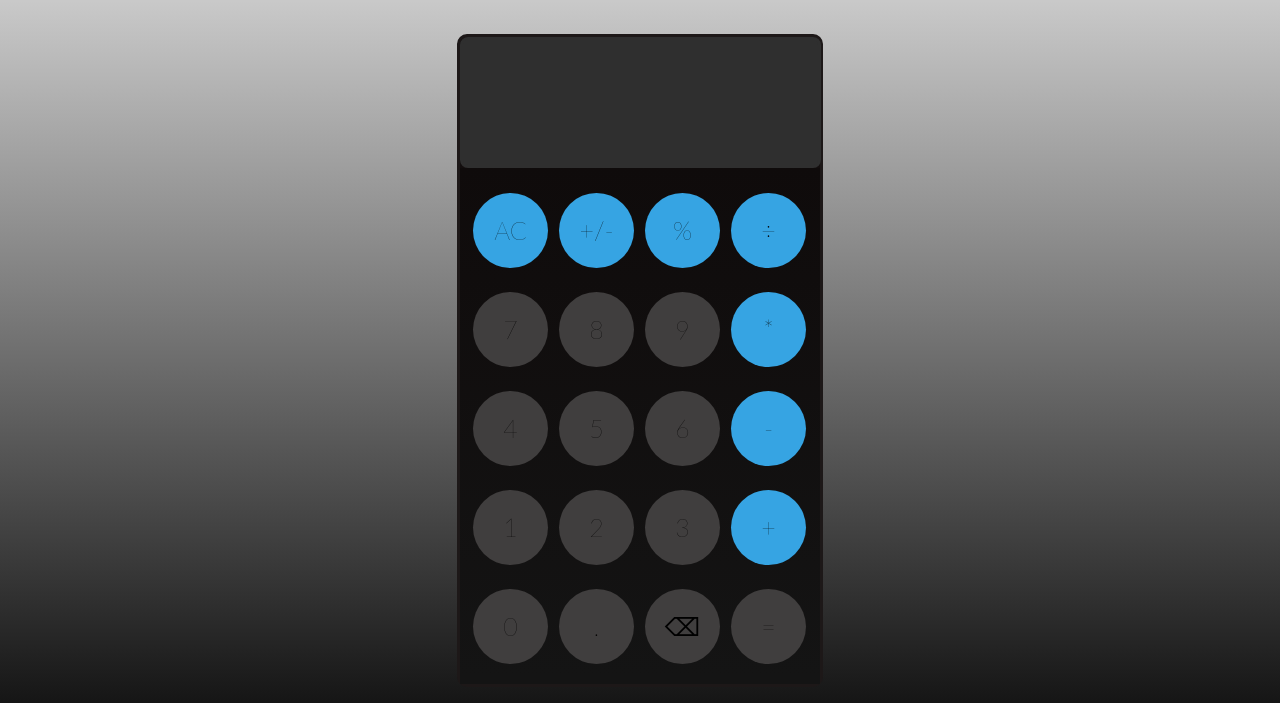
Repository: MhlengiNgubane/BrainnestJsTwo
Page: index.html
An editor plug-in stored every save of this project. The page is shown before and after a run of saves, followed by the edit.
The browser window is 1280 px wide. The pictures show the whole page.

Above is the page before, as saved 2022-09-12 09:56:17.

### index.html
<!DOCTYPE html>
<html lang="en">
<head>
    <meta charset="UTF-8">
    <meta http-equiv="X-UA-Compatible" content="IE=edge">
    <meta name="viewport" content="width=device-width, initial-scale=1.0">
    <title>CALCULATOR</title>

    <link rel="stylesheet" href="style.css">
</head>
    <body>
            <div class="container">
                <input type="text" class="input" value="" disabled />
                <div class="buttons">
                    <button value="AC" class="ac clear">AC</button>
                    <button value="+/-" class="oper plusMinus">+/-</button>
                    <button value="%" class="oper percent">%</button>
                    <button value="/" class="oper operator">&divide</button>

                    <button value="7" class="number">7</button>
                    <button value="8" class="number">8</button>
                    <button value="9" class="number">9</button>
                    <button value="*" class="oper operator">*</button>

                    <button value="4" class="number">4</button>
                    <button value="5" class="number">5</button>
                    <button value="6" class="number">6</button>
                    <button value="-" class="oper operator">-</button>

                    <button value="1" class="number">1</button>
                    <button value="2" class="number">2</button>
                    <button value="3" class="number">3</button>
                    <button value="+" class="oper operator">+</button>

                    <button value="0" class="zero number">0</button>
                    <button value="." class="decimal">.</button>
                    <button value="DEL" class="delete">⌫</button>
                    <button value="=" class="equal operator">=</button>
                </div>
            </div>

        <script src="App.js"></script>
    </body>
</html>

### style.css
* {
    border: 0;
    margin: 0;
    padding: 0;
    font-family: 'lato';
    font-weight: 100;
}

body{
    font-family: 'Roboto';
    font-weight: 400;
    background: linear-gradient(360deg, #141414 1.56%, rgba(0, 0, 0, 0.21) 100%);
    width: 100%;
    height: 100vh;
    display: flex;
    flex-direction: column;
    align-items: center;
    justify-content: center;
}



.container{
    align-items: center;
    margin: auto;
    margin-top: 60px;
    width: 360px;
    border: 20px;
    border: 3px solid #1d1818;
    background-color: #130e0e;
    border-radius: 10px;
    margin-bottom: 60px;
}

.input{
    position: relative;
    width: 355px;
    height: 125px;
    border: 3px solid #2f2f2f;
    text-align: right;
    border-radius: 8px;
    background-color: #2f2f2f;
    color: #fff;
    font-size: 60px;
}

.buttons{
    display: grid;
    grid-template-columns: repeat(4, 1fr);
    row-gap: 10px;
    column-gap: 10px;
    background: linear-gradient(360deg, #141414 1.56%, rgba(0, 0, 0, 0.21) 100%);
    padding: 18px 13px 13px 13px;
}

button{
    border: 1;
    outline: none;
    height: 75px;
    width: 75px;
    border-radius: 70px;
    text-align: center;
    margin-top: 7px;
    margin-bottom: 7px;
    font-size: 25px;
    background-color: #403e3e;
}

.oper {
    background-color: #36a4e3;
}

.ac {
    background-color: #36a4e3;
}

### App.js
function add(firstNumber, secondNumber){
  return firstNumber + secondNumber;
}
function subtract(firstNumber, secondNumber){
  return firstNumber - secondNumber;
}
function multiply(firstNumber, secondNumber){
  return firstNumber * secondNumber;
}
function divide(firstNumber, secondNumber){
  return firstNumber / secondNumber;
}
function operate(operator, firstNumber, secondNumber){
  if(operator === '+'){
      return add(firstNumber, secondNumber);
  }
  else if(operator === '-'){
      return subtract(firstNumber, secondNumber);
  }
  else if(operator === '*'){
      return multiply(firstNumber, secondNumber);
  }
  else if(operator === '/'){
      return divide(firstNumber, secondNumber);
  }
  return secondNumber;
}

const display = document.querySelector('.input');

const calculator = {
  displayValue: '0',
  firstNumber: null,
  operator: null,
  secondNumber: false,
};

function clear() {
  calculator.displayValue = '0';
  calculator.firstNumber = null;
  calculator.operator = null;
  calculator.secondNumber = false;
}

function updateDisplay() {
  display.value = calculator.displayValue;
}

const buttons = document.querySelector('.buttons');
buttons.addEventListener('click', (e) => {
const target = e.target;

  if (!target.matches('button')) {
      return;
  }

  if (target.classList.contains('clear')) {
      clear();
      updateDisplay();
      return;
  }

  if (target.classList.contains('delete')) {
      undo();
      return;
  }

  if (target.classList.contains('plusMinus')) {
      plusMinus();
      return;
  }

  if (target.classList.contains('percent')) {
      percentage();
      return;
  }

  if (target.classList.contains('decimal')) {
      decimal(target.value);
      updateDisplay();
      return;
  }

  if (target.classList.contains('operator')) {
      calculate(target.value);
      updateDisplay();
      return;
  }

      displayNumber(target.value);
      updateDisplay();
});

function undo(){
  display.value = display.value.slice(0, -1);
  calculator.displayValue = display.value;
}

function plusMinus(){
  let displayPlusMinus = calculator.displayValue;
  if(displayPlusMinus >= 0){
      display.value = '-' + displayPlusMinus;
  }
  calculator.displayValue = display.value;
}

function percentage(){
  let displayPercent = calculator.displayValue;
  if(displayPercent != 0){
      display.value = displayPercent / 100;
  }
 calculator.displayValue = display.value;
}

function decimal(dot) {
  if (calculator.secondNumber === true) {
      calculator.displayValue = '0.'
      calculator.secondNumber = false;
      return
  }
  if (!calculator.displayValue.includes(dot)) {
      calculator.displayValue += dot;
  }
}

function displayNumber(number) {
  let displayValue = calculator.displayValue;
  const secondNumber = calculator.secondNumber;

  if (secondNumber === true) {
      calculator.displayValue = number;
      calculator.secondNumber = false;
  }
  else if(displayValue === '0'){
      calculator.displayValue = number;
  }
  else{
      calculator.displayValue = displayValue + number;
  }
}

function calculate(inputOperator) {
  const firstNumber = calculator.firstNumber;
  const displayValue = calculator.displayValue;
  const operator  = calculator.operator;

  const inputValue = parseFloat(displayValue);

  if (operator && calculator.secondNumber)  {
      calculator.operator = inputOperator;
      return;
    }

  if (firstNumber == null) {
      calculator.firstNumber = inputValue;

  } else if (operator) {
      const result = operate(operator, firstNumber, inputValue);
      calculator.displayValue = `${parseFloat(result.toFixed(6))}`;
      calculator.firstNumber = result;
  }
  calculator.secondNumber = true;
  calculator.operator = inputOperator;
  console.log(calculator);
}

After the next 2 saves:
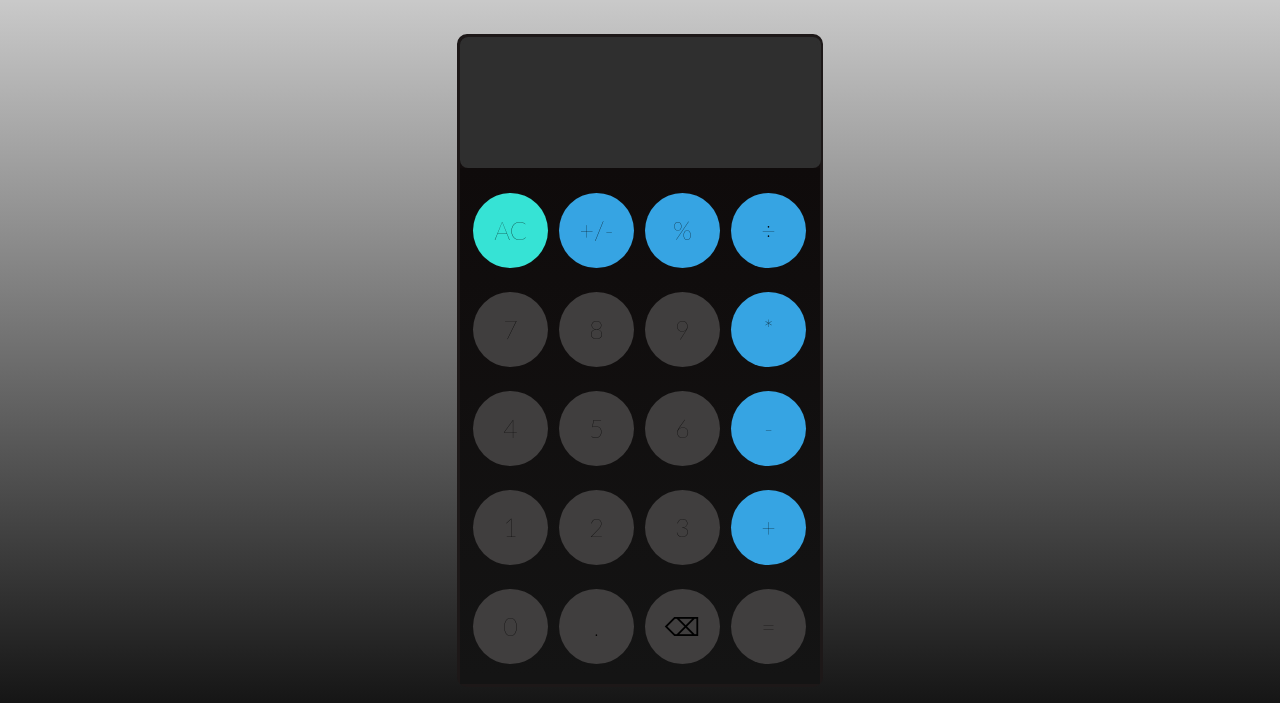
The 2 saves are shown as one change because they came seconds apart.
The last was saved 12 s later.
--- a/style.css
+++ b/style.css
@@ -71,5 +71,5 @@ button{
 }
 
 .ac {
-    background-color: #36a4e3;
+    background-color: #36e3d5;
 }
